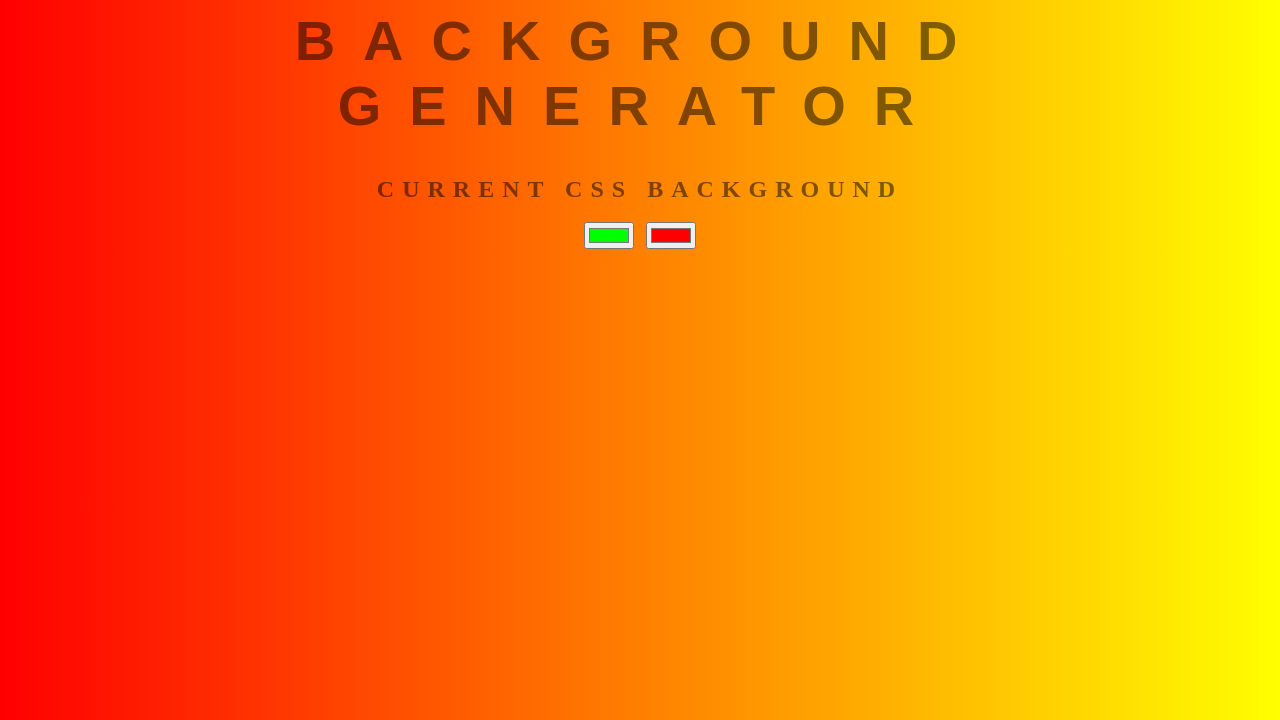
Repository: michalJanaGitHub/michalJanaGitHub.github.io
Page: projects in progress/11 Background Generator/index.html
An editor plug-in stored every save of this project. The page is shown before and after the next save, followed by the edit.
The browser window is 1280 px wide. The pictures show the whole page.

Above is the page before, as saved 2018-09-08 10:40:24.
Console error: ReferenceError: consol is not defined

After the next save:
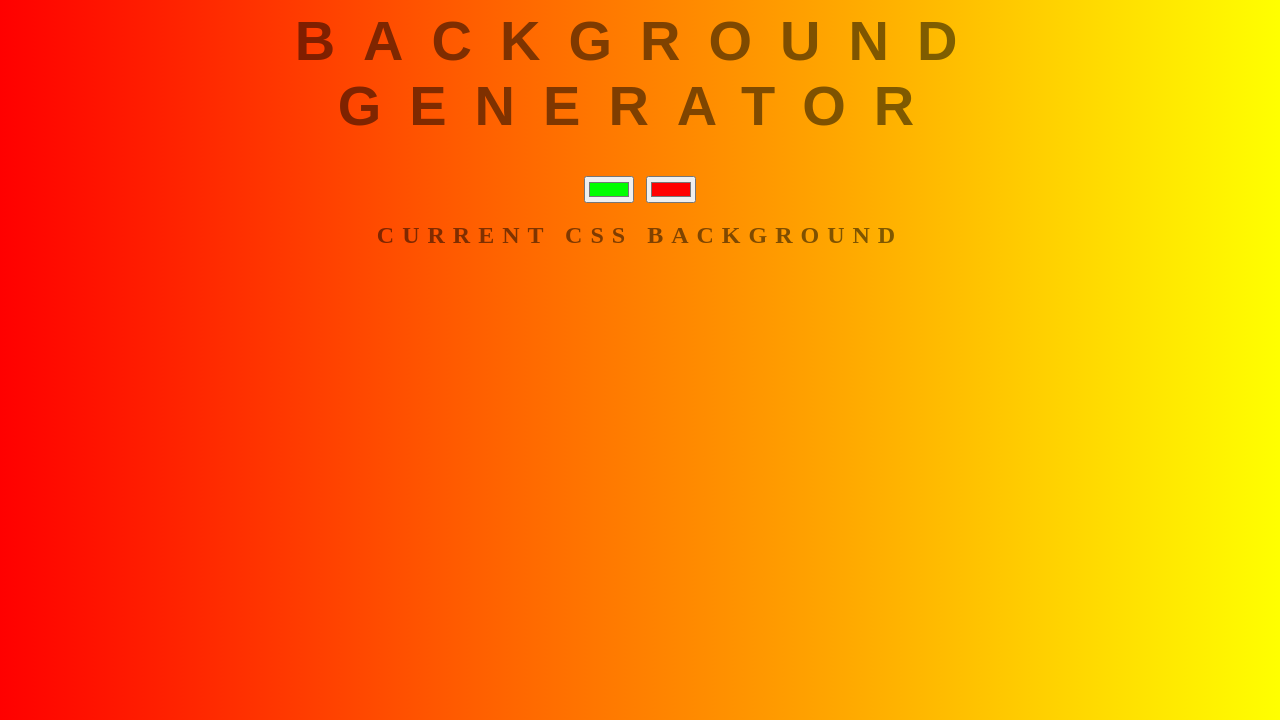
Saved 13 s later.
--- a/projects in progress/11 Background Generator/index.html
+++ b/projects in progress/11 Background Generator/index.html
@@ -10,9 +10,9 @@
 </head>
 <body>
     <h1>Background Generator</h1>
-    <h2>Current css Background</h2>
     <input class="color1" type="color" name="color1" value="#00ff00">
     <input class="color2" type="color" name="color2" value="#ff0000">
+    <h2>Current css Background</h2>
     <h3></h3>
 
 
